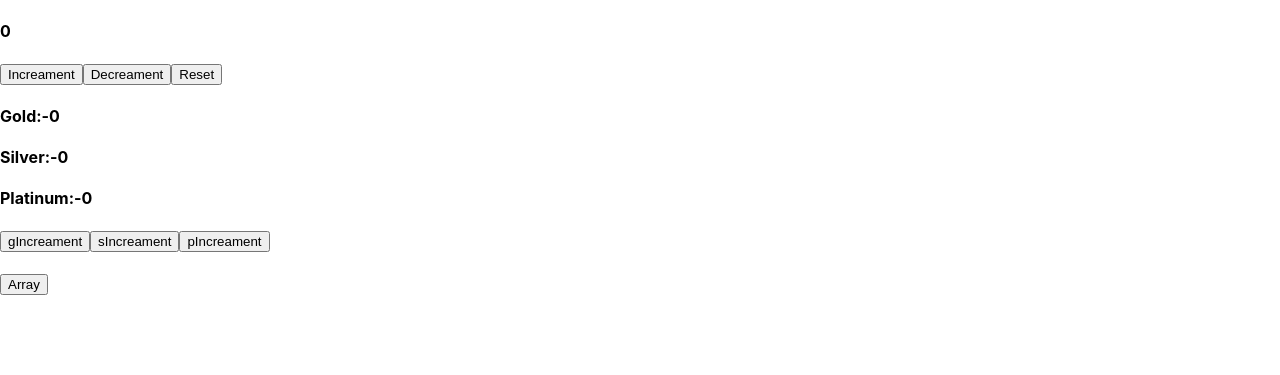
Repository: nir-github01/Reactjs
Page: / (app in counterapp/)
An editor plug-in stored every save of this project. The page is shown before and after the next save, followed by the edit.
The browser window is 1280 px wide. The pictures show the whole page.
The project was rebuilt for these pictures with package versions that can differ from the ones it lists, and the page was loaded fresh each time.

Above is the page before, as saved 2023-03-01 23:45:23.

### counterapp/src/index.js
import React from 'react';
import ReactDOM from 'react-dom/client';
import './index.css';
import App from './App';
import reportWebVitals from './reportWebVitals';
import Objectcount from './ObjectCount';
import Arraycount from './Arraycount';

const root = ReactDOM.createRoot(document.getElementById('root'));
root.render(
  <React.StrictMode>
    <App />
    <Objectcount />
    <Arraycount />
  </React.StrictMode>
);

// If you want to start measuring performance in your app, pass a function
// to log results (for example: reportWebVitals(console.log))
// or send to an analytics endpoint. Learn more: https://bit.ly/CRA-vitals
reportWebVitals();

### counterapp/src/App.js
// import logo from './logo.svg';
// import './App.css';

import { useState } from "react";




function App() {

  // const [count, setCount] = useState(0)  // normal condition

  //More accureate condition
  const [count, setCount] = useState(()=>{
    console.log('useState Excuted');
    return 0;
  })

  function increament(){
    // setCount(count + 1); // Normal Condition
    // setCount(count + 1);

    setCount((count)=>count + 1); //For Syncronous functionality
    // setCount((count)=>count + 1);
  }

  function decreament(){
    // setCount(count + 1); // Normal Condition
    // setCount(count + 1);
    if(count >= 1){
      setCount((count)=>count - 1);
    }
     //For Syncronous functionality
    // setCount((count)=>count - 1);
  }

  function reset(){
    // setCount(count + 1); // Normal Condition
    // setCount(count + 1);

    setCount((count)=> count =0); //For Syncronous functionality
    setCount((count)=> count =0);
  }
  return (
    <div className="App">
        <h4 >{count}</h4>
        <button onClick={increament}>Increament</button>
        <button onClick={decreament}>Decreament</button>
        <button onClick={reset}>Reset</button>
    </div>
  );
}

export default App;

### counterapp/src/ObjectCount.js

import React, { useState } from "react";


function Objectcount() {

  // const [count, setCount] = useState(0)  // normal condition

  //More accureate condition
  const [coins, setCoins] = useState({gold:0, silver:0, platinum:0})
  const  {gold, silver, platinum} = coins;
  function goldInc(){
       setCoins({...coins, gold:gold + 1});
  }
  function silverInc(){
    setCoins({...coins, silver:silver + 1});
  }

  function platinumInc(){
    setCoins({...coins, platinum:platinum + 1});
  }

  return (
    <div className="ObjectCount">
        <h4 >{'Gold' +':-'+ gold}</h4>   <h4 >{ 'Silver' +':-'+ silver}</h4>  <h4 >{ 'Platinum' +':-'+platinum}</h4>
        <button onClick={goldInc}>gIncreament</button>
        <button onClick={silverInc}>sIncreament</button>
        <button onClick={platinumInc}>pIncreament</button>

    </div>
  );
}

export default Objectcount;

### counterapp/src/Arraycount.js

import React, { useState } from "react";


function Arraycount() {

  // const [count, setCount] = useState(0)  // normal condition

  //More accureate condition
  const [array, setArray] = useState([])
  function arrayUpdate(){
       setArray(arr=>([...arr,  `${arr.length}`]));
  }


  return (
    <div className="ObjectCount">
        <h4>{array}</h4>

        <button onClick={arrayUpdate}>Array</button>

    </div>
  );
}

export default Arraycount;

Loaded but not shown: counterapp/public/index.html (common file); counterapp/src/index.css (common file); counterapp/src/reportWebVitals.js (common file)

After the next save:
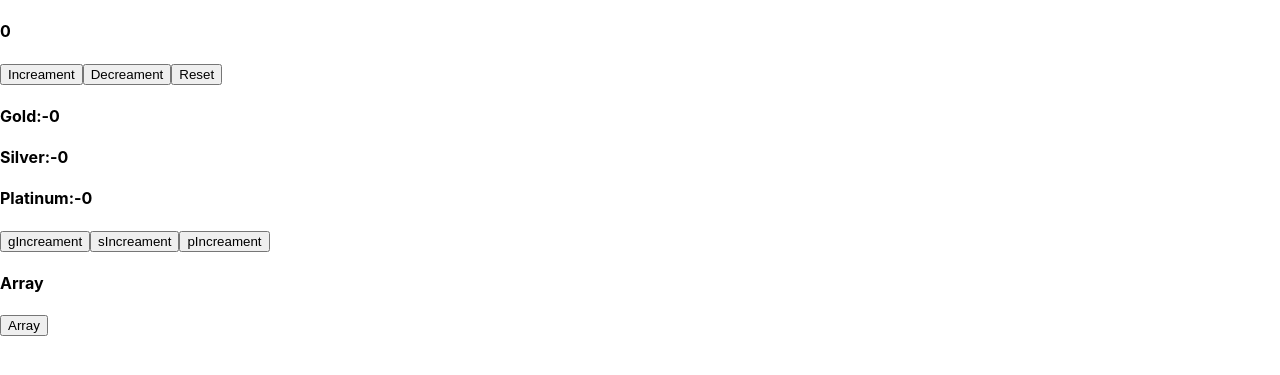
Saved 19 s later.
--- a/counterapp/src/Arraycount.js
+++ b/counterapp/src/Arraycount.js
@@ -15,7 +15,7 @@ function Arraycount() {
 
   return (
     <div className="ObjectCount">
-        <h4>{array}</h4>
+        <h4>{'Array '+array}</h4>
 
         <button onClick={arrayUpdate}>Array</button>
 
